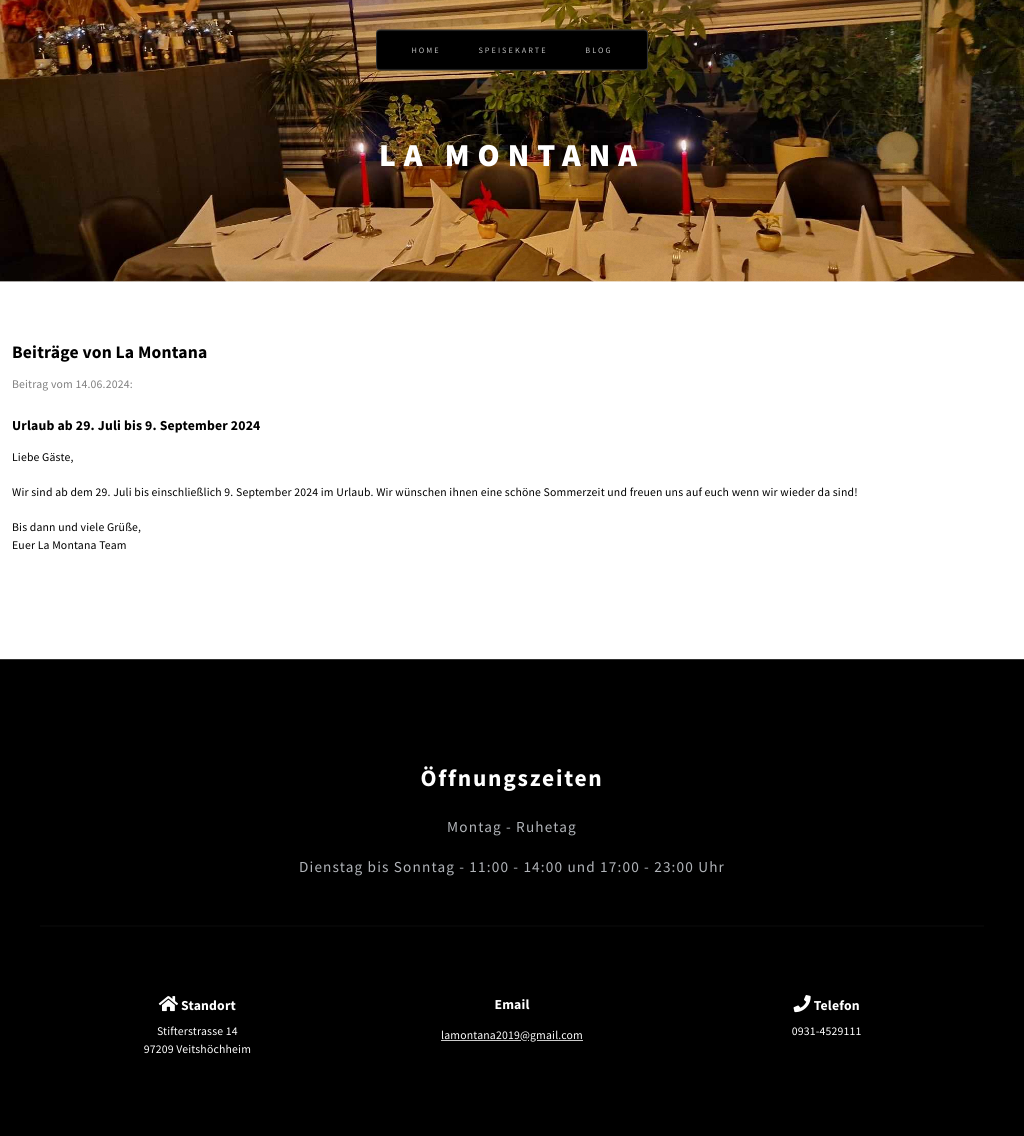
Repository: restaurantlamontana/restaurantlamontana.github.io
Page: blog.html
An editor plug-in stored every save of this project. The page is shown before and after a run of saves, followed by the edit.
The browser window is 1280 px wide. The pictures show the whole page, at 80% of full size.

Above is the page before, as saved 2024-07-15 12:11:36.

### blog.html
<!DOCTYPE HTML>
<html>
	<head>
		<title>La Montana - Blog</title>
		<meta charset="utf-8" />
		<meta name="viewport" content="width=device-width, initial-scale=1, user-scalable=no" />
		<link rel="stylesheet" href="assets/css/main.css" />
	</head>
	<body class="right-sidebar is-preload">
		<div id="page-wrapper">
			<!-- Header -->
			<section id="header" class="wrapper">
				<!-- Logo -->
				<div id="logo">
				  <h1 style="font-size: 40px;"><a href="index.html">La Montana</a></h1>
				</div>

				<!-- Nav -->
				<nav id="nav">
				  <ul class="toplinks">
					<li class="current"><a href="index.html">Home</a></li>
					<li><a href="assets/Speisekarte_Scan.pdf" target="_blank">Speisekarte</a></li>
					<li><a href="blog.html">Blog</a></li>
				  </ul>
				</nav>
			  </section>

			<!-- Main -->
				<section id="main" class="wrapper style2">
					<div style="margin-left: 15px; margin-right: 15px;">
						<h1 style="color: black;">Beiträge von La Montana</h1>
						<div>
						<p style="color: gray;">Beitrag vom 14.06.2024:</p>
						<h3 style="color: black;">Urlaub ab 29. Juli bis 9. September 2024</h3>
						<p style="color: black;">
							Liebe Gäste,
							<br>
							<br>
							Wir sind ab dem 29. Juli bis einschließlich 9. September 2024 im Urlaub.
							Wir wünschen ihnen eine schöne Sommerzeit und freuen uns auf euch wenn wir wieder da sind!
							<br>
							<br>
							Bis dann und viele Grüße, <br>
							Euer La Montana Team
						</p>
					</div>
					</div>
				</section>

		<!-- Footer -->
		<section id="footer" class="wrapper">
			<div class="container">
				<header class="style1">
					<h2>Öffnungszeiten</h2>
					<p>
						Montag - Ruhetag
					</p>
					<p>
						Dienstag bis Sonntag - 11:00 - 14:00 und 17:00 - 23:00 Uhr
					</p>
				</header>
				<div class="flex-container">
					<div class="flex-item">
						<h3 class="icon solid fa-home">   Standort</h3>
						<p style="color: white;">
							Stifterstrasse 14<br />
							97209 Veitshöchheim<br />
						</p>
					</div>
					<div class="flex-item">
						<h3 >   Email</h3>
						<p>
							<a href="mailto:lamontana2019@gmail.com">lamontana2019@gmail.com</a>
						</p>
					</div>
					<div class="flex-item">
						<h3 class="icon solid fa-phone">   Telefon</h3>
						<p style="color: white;">0931-4529111</p>
					</div>
				</div>
			</div>
		</section>
	</body>
	</html>

Loaded but not shown: assets/css/fontawesome-all.min.css (library); assets/css/main.css (3122 lines, source omitted)

After the next 5 saves:
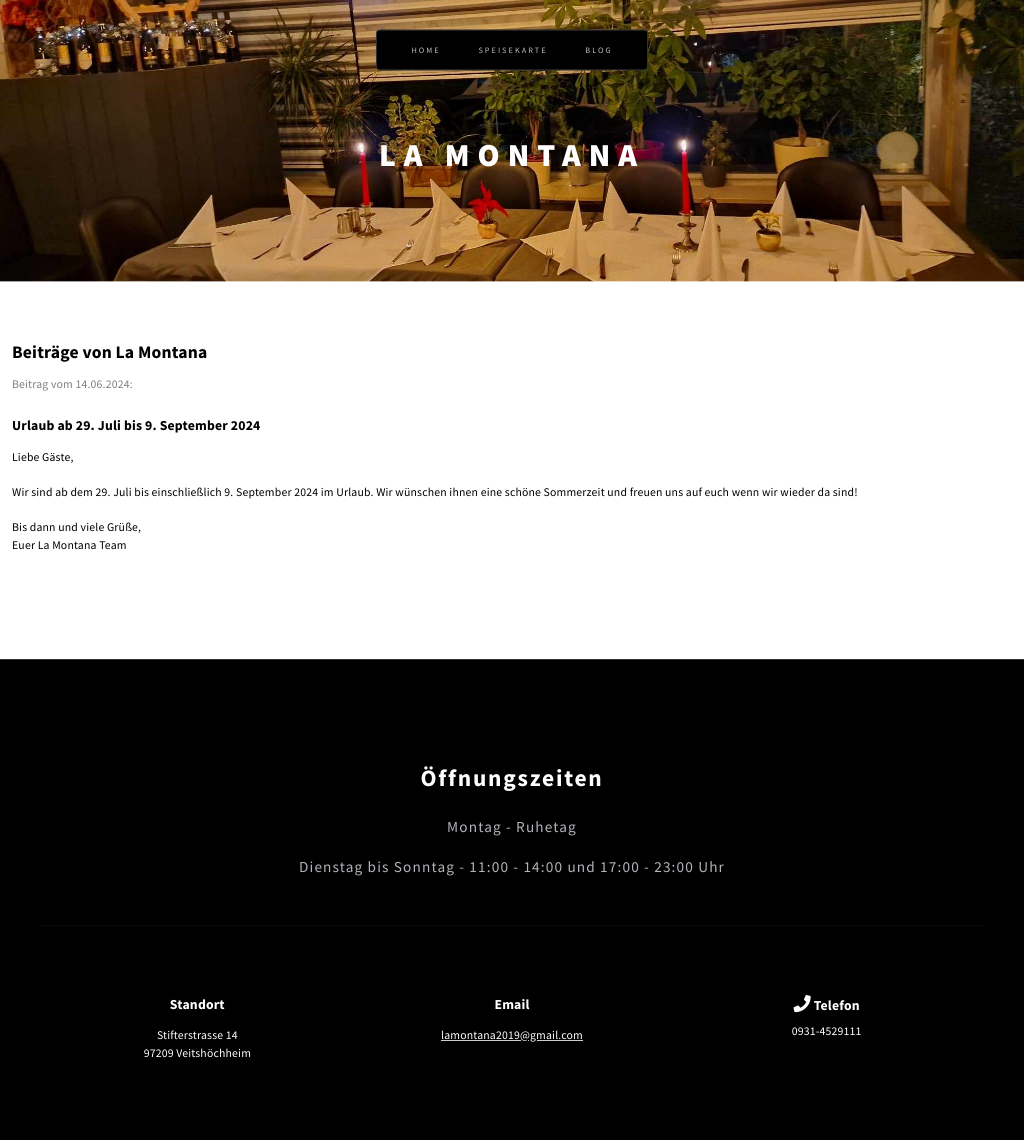
The 5 saves are shown as one change because they came seconds apart.
The last was saved 15 s later.
--- a/blog.html
+++ b/blog.html
@@ -61,14 +61,14 @@
 				</header>
 				<div class="flex-container">
 					<div class="flex-item">
-						<h3 class="icon solid fa-home">   Standort</h3>
+						<h3>Standort</h3>
 						<p style="color: white;">
 							Stifterstrasse 14<br />
 							97209 Veitshöchheim<br />
 						</p>
 					</div>
 					<div class="flex-item">
-						<h3 >   Email</h3>
+						<h3>Email</h3>
 						<p>
 							<a href="mailto:lamontana2019@gmail.com">lamontana2019@gmail.com</a>
 						</p>
